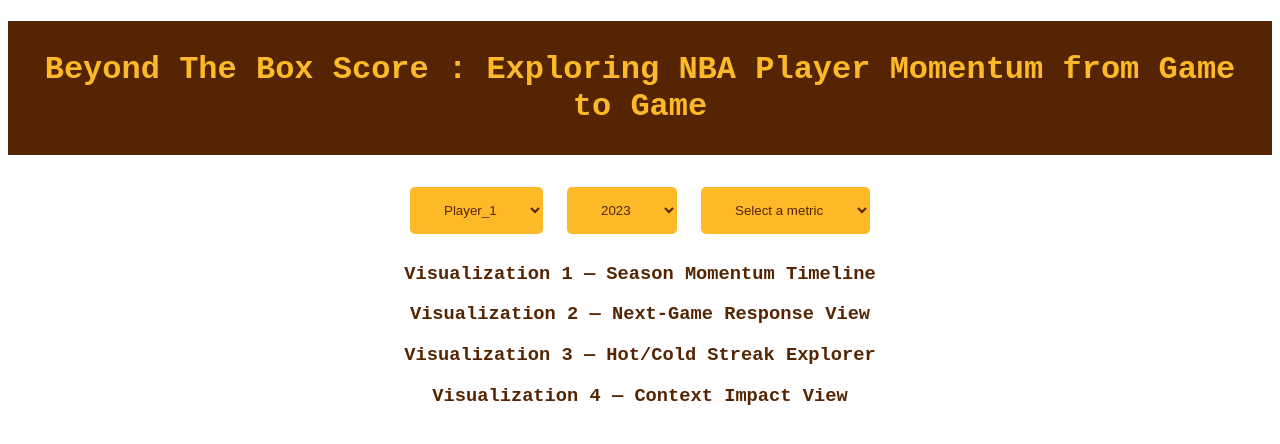
Repository: houdafatih/Data-Viz-Project
Page: index.html
The author's editor kept a copy of each file at every save. The page is drawn from the files as they stood at one save, then again after the next save.
The browser window is 1280 px wide. The pictures show the whole page.

Above is the page before, as saved 2026-06-12 14:08:37.

### index.html
<!DOCTYPE html>
<html>
   <head>
    <meta charset="UTF-8"/>
    <title>Beyond The Box Score</title>
    <link rel="stylesheet" href="style.css" >
  </head>
  <body>
     <h1>Beyond The Box Score : Exploring NBA Player Momentum from Game to Game</h1>

     <div class="selection">
        <select id="selectPlayer">
        </select>

        <select id="seasonSelect">
        </select>

        <select id="metric-select">
            <option value="">Select a metric</option>
            <option value="points">Points</option>
            <option value="fga">FGA</option>
        </select>
     </div>

     <div class="viz">
        <h3>Visualization 1 — Season Momentum Timeline</h3>
     </div>
    <div class="viz">
        <h3>Visualization 2 — Next-Game Response View</h3>
     </div>
     <div class="viz">
        <h3>Visualization 3 — Hot/Cold Streak Explorer</h3>
     </div>
     <div class="viz">
        <h3>Visualization 4 — Context Impact View</h3>
     </div>

  </body>
  <script src="https://d3js.org/d3.v7.min.js"></script>
  <script type="module" src="index.js"></script>
</html>

### style.css
body{
    padding: 0px;
}
h1{
  text-align: center;
  font-size: 2rem;
  font-family: "Courier New", Courier, monospace;
  color : #fdb927;
  background-color: #552503;
  padding: 30px;

}
.selection{
    text-align: center;
}
select{
    margin: 10px;
    padding: 15px 30px;
    border-radius: 5px;
    border: none;
    background: #fdb927;
    color:#552503;

}
select option:hover{
    background-color: #fdb927;
}
.viz{
    text-align: center;
}
h3{
    color: #552503;
    font-family: "Courier New", Courier, monospace;
}

### index.js
import {playersData,seasonData} from "./scripts/utils.js";

d3.csv("data/nba.csv",d3.autoType).then(function(data){
   playersData(data);
   seasonData(data);
});

### scripts/utils.js
export function playersData(data){
    const players_list = [...new Set(data.map(dt => dt.player_name))];

    d3.select("#selectPlayer").selectAll("option").data(players_list)
    .enter().append("option").attr("value",dt=>dt).text(dt => dt);
}

export function seasonData(data){
    const seasons_list = [...new Set(data.map(dt => dt.season_year))];

    d3.select("#seasonSelect").selectAll("option").data(seasons_list)
    .enter().append("option").attr("value",dt=>dt).text(dt => dt);
}

After the next save:
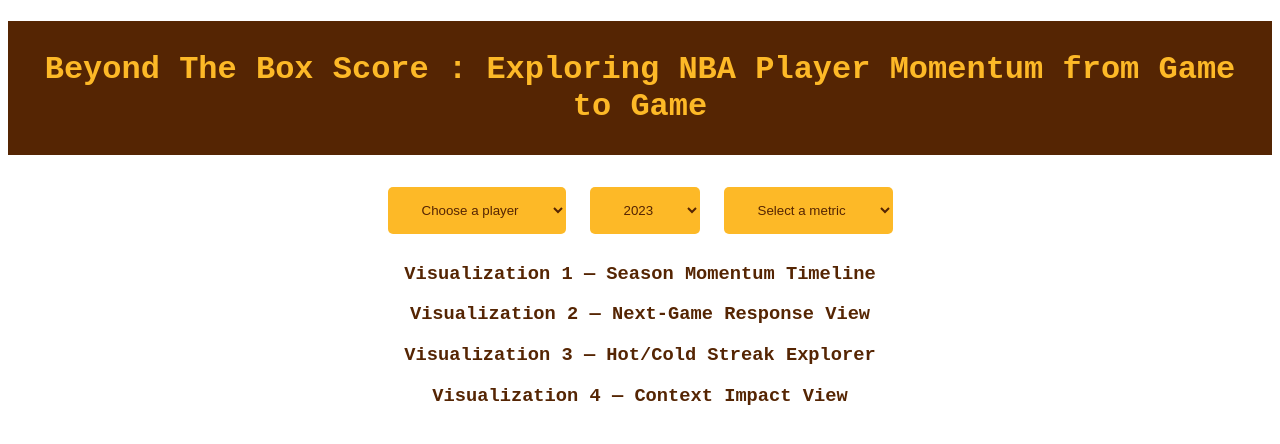
Saved 2 min 43 s later.
--- a/index.html
+++ b/index.html
@@ -10,6 +10,7 @@
 
      <div class="selection">
         <select id="selectPlayer">
+            <option selected disabled> Choose a player</option>
         </select>
 
         <select id="seasonSelect">
